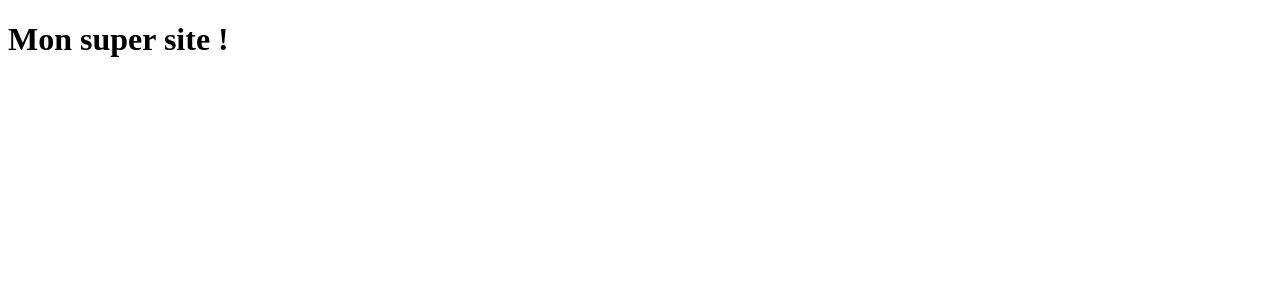
Repository: fbansept/ran4_24
Page: index.html
These files come from the project's save history. The page is drawn as it stood at one moment and after a run of saves; the edit follows.
The browser window is 1280 px wide. The pictures show the whole page.

Above is the page before, as saved 2024-10-22 11:07:52.

### index.html
<!DOCTYPE html>
<html lang="en">
  <head>
    <meta charset="UTF-8" />
    <meta name="viewport" content="width=device-width, initial-scale=1.0" />
    <title>Document</title>
    <script defer src=""></script>


  </head>
  <body>
    <h1 id="le-titre-principal">Mon super site !</h1>
  </body>
</html>

### script.js
const monTitre = document.getElementById("le-titre-principal");
monTitre.innerHTML = "COUCOU";

After the next 3 saves:
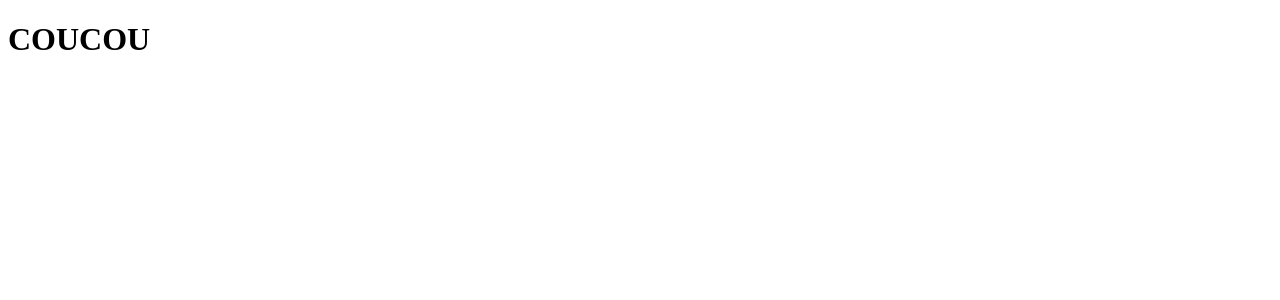
The 3 saves are shown as one change because they came seconds apart.
The last was saved 8 s later.
--- a/index.html
+++ b/index.html
@@ -4,9 +4,7 @@
     <meta charset="UTF-8" />
     <meta name="viewport" content="width=device-width, initial-scale=1.0" />
     <title>Document</title>
-    <script defer src=""></script>
-
-
+    <script defer src="script.js"></script>
   </head>
   <body>
     <h1 id="le-titre-principal">Mon super site !</h1>

After the save that followed:
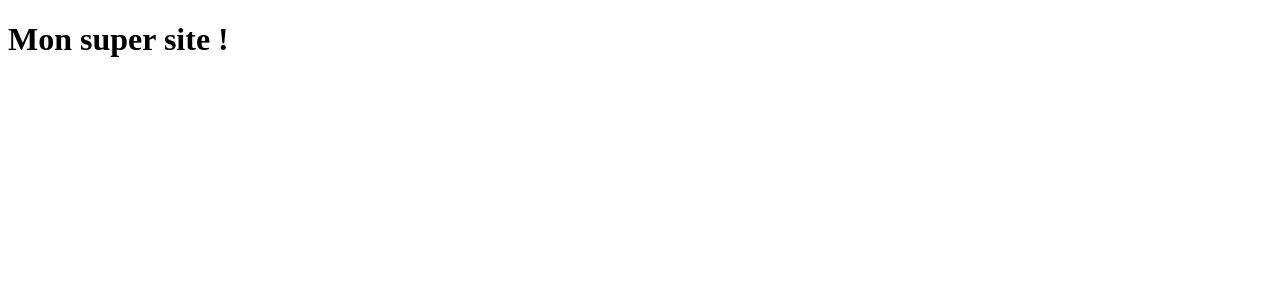
Saved 2 min 27 s later.
--- a/script.js
+++ b/script.js
@@ -1,2 +1 @@
 const monTitre = document.getElementById("le-titre-principal");
-monTitre.innerHTML = "COUCOU";
